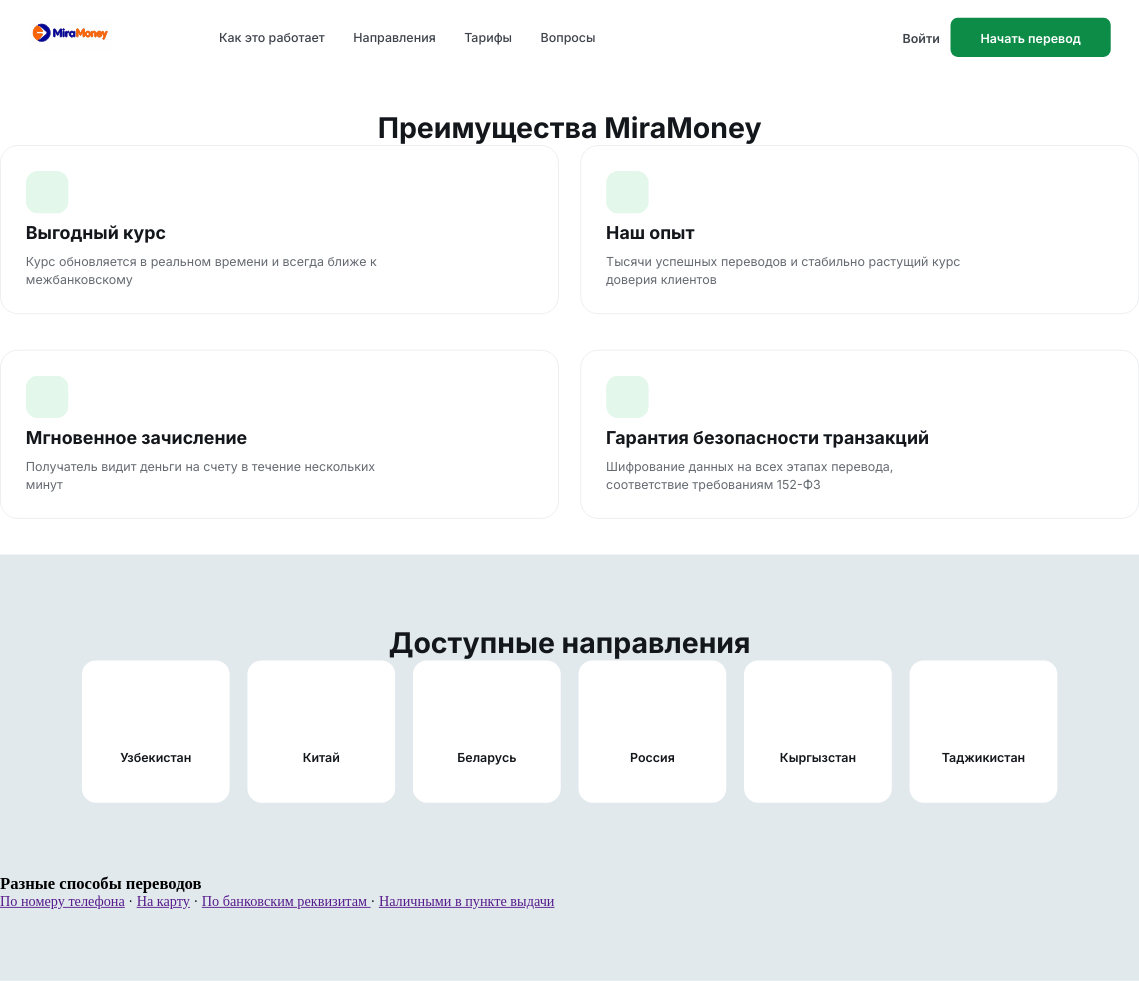
Repository: Shaiyr1/mira-money
Page: index.html
The author's editor kept a copy of each file at every save. The page is drawn from the files as they stood at one save, then again after the next save.
The browser window is 1280 px wide. The pictures show the whole page, at 89% of full size.

Above is the page before, as saved 2026-10-20 16:55:59.

### index.html
<!DOCTYPE html>
<html lang="en">
<head>
    <meta charset="UTF-8">
    <meta http-equiv="X-UA-Compatible" content="IE=edge">
    <meta name="viewport" content="width=device-width, initial-scale=1.0">
    <link rel="stylesheet" href="/src/css/style.css">
    <title>Document</title>
</head>
<body>
    <header class="header">
        <nav class="header-nav">
            <a class="header-nav__link" href="">
                <img class="header-nav__link-logo" src="./src/img/logo.svg" alt="logo">
            </a>
            <ul class="header-nav__ul">
                <li class="header-nav__li">
                    <a class="header-nav__li-link" href="">Как это работает</a>
                </li>
                <li class="header-nav__li">
                    <a class="header-nav__li-link" href="">Направления</a>
                </li>
                <li class="header-nav__li">
                    <a class="header-nav__li-link" href="">Тарифы</a>
                </li>
                <li class="header-nav__li">
                    <a class="header-nav__li-link" href="">Вопросы</a>
                </li>
            </ul>
            <div class="header-nav__sign">
                <a class="header-nav__sign-link" href="">Войти</a>
                <button class="header-nav__sign-btn">Начать перевод</button>
            </div>
        </nav>
    </header>
    <main class="main">
        <section class="home">
            <div class="container">

            </div>
        </section>
        <section class="advantages">
            <div class="container">
                <h2 class="advantages__title">
                    Преимущества MiraMoney
                </h2>
                <div class="advantages-blocks">
                    <div class="advantages-block">
                        <img class="advantages-block__icon" src="./src/img/icon.svg" alt="icon">
                        <h5 class="advantages-block__title">Выгодный курс</h5>
                        <p class="advantages-block__subtitle">Курс обновляется в реальном времени и всегда ближе к межбанковскому</p>
                    </div>
                    <div class="advantages-block">
                        <img class="advantages-block__icon" src="./src/img/icon.svg" alt="icon">
                        <h5 class="advantages-block__title">Наш опыт</h5>
                        <p class="advantages-block__subtitle">Тысячи успешных переводов и стабильно растущий курс доверия клиентов</p>
                    </div>
                </div>
                <div class="advantages-blocks">
                    <div class="advantages-block">
                        <img class="advantages-block__icon" src="./src/img/icon.svg" alt="icon">
                        <h5 class="advantages-block__title">Мгновенное зачисление</h5>
                        <p class="advantages-block__subtitle">Получатель видит деньги на счету в течение нескольких минут</p>
                    </div>
                    <div class="advantages-block">
                        <img class="advantages-block__icon" src="./src/img/icon.svg" alt="icon">
                        <h5 class="advantages-block__title">Гарантия безопасности транзакций</h5>
                        <p class="advantages-block__subtitle">Шифрование данных на всех этапах перевода, соответствие требованиям 152-ФЗ</p>
                    </div>
                </div>
            </div>
        </section>
        <section class="description">
            <div class="container">
                <h2 class="description__title">Доступные направления</h2>
                <div class="description-items">
                    <div class="description-item">
                        <p class="description-item__country">Узбекистан</p>
                    </div>
                    <div class="description-item">
                        <p class="description-item__country">Китай</p>
                    </div>
                    <div class="description-item">
                        <p class="description-item__country">Беларусь</p>
                    </div>
                    <div class="description-item">
                        <p class="description-item__country">Россия</p>
                    </div>
                    <div class="description-item">
                        <p class="description-item__country">Кыргызстан</p>
                    </div>
                    <div class="description-item">
                        <p class="description-item__country">Таджикистан</p>
                    </div>
                </div>
                <div class="description__ways">
                    <h3 class="description__ways-title">Разные способы переводов</h3>
                    <p class="description__ways-subtitle"><a href=""> По номеру телефона</a>  ·  <a href="">На карту</a>  ·  <a href="">По банковским реквизитам </a>  ·  <a href="">Наличными в пункте выдачи</a> </p>
                </div>
            </div>
        </section>
    </main>
</body>
</html>

### src/css/style.css
@import url('https://fonts.googleapis.com/css2?family=Inter:ital,opsz,wght@0,14..32,100..900;1,14..32,100..900&display=swap');

* {
    margin: 0;
    padding: 0;
    box-sizing: border-box;
}

.container {
    width: 1280px;
    margin: 0 auto;
}

.header {}

.header-nav {
    width: 95%;
    height: 84px;
    margin: 0 auto;
    display: flex;
    align-items: center;
}

.header-nav__link {}

.header-nav__link-logo {}

.header-nav__ul {
    margin-left: 120px;
    display: flex;
    align-items: center;
    gap: 32px;
}

.header-nav__li {
    list-style-type: none;
}

.header-nav__li-link {
    text-decoration: none;
    color: #3f444c;
    font-size: 14px;
    font-family: Inter;
    font-weight: 500;
    transition: 0.4s;
}

.header-nav__li-link:hover {
    color: #0c8c47;
    transition: 0.4s;
    font-size: 14.5px;
}

.header-nav__sign {
    margin-left: auto;
    display: flex;
    align-items: center;
    gap: 12px;
}

.header-nav__sign-link {
    text-decoration: none;
    color: #3f454c;
    font-size: 14px;
    font-family: Inter;
    font-weight: 600;
    transition: 0.4s;
}

.header-nav__sign-link:hover {
    color: #0c8c47;
    transition: 0.4s;
    font-size: 14.5px;

}

.header-nav__sign-btn {
    background-color: #0c8c47;
    width: 180px;
    height: 44px;
    border-radius: 8px;
    color: #ffffff;
    font-size: 14px;
    font-family: Inter;
    font-weight: 600;
    border: none;
    cursor: pointer;
    transition: 0.4s;
}

.header-nav__sign-btn:hover {
    background-color: rgb(0, 96, 0);
    transition: 0.4s;
}



.advantages {
    padding-top: 40px;
}

.advantages__title {
    color: #13171b;
    text-align: center;
    font-size: 32px;
    font-family: Inter;
    font-weight: 700;
}

.advantages-blocks {
    width: 100%;
    display: flex;
    align-items: center;
    gap: 24px;
    margin-bottom: 40px;
}

.advantages-block {
    width: 50%;
    border: 1px solid #eaedef;
    border-radius: 20px;
    padding: 28px;
    display: flex;
    flex-direction: column;
    align-items: flex-start;
    gap: 10px;
}

.advantages-block__icon {}

.advantages-block__title {
    color: #13171b;
    font-size: 20px;
    font-family: Inter;
    font-weight: 700;

}

.advantages-block__subtitle {
    width: 400px;
    color: #666b72;
    text-align: left;
    font-size: 14px;
    font-family: Inter;
    line-height: 20px;
}




.description {
    padding: 80px 0;
    background-color: rgb(226, 233, 237);
}

.description__title {
    color: #13171b;
    text-align: center;
    font-size: 32px;
    font-family: Inter;
    font-weight: 700;
}

.description-items {
    padding-bottom: 80px;
    display: flex;
    justify-content: center;
    align-items: center;
    gap: 20px;
}

.description-item {
    background-color: #ffffff;
    width: 166px;
    height: 160px;
    border-radius: 16px;
}

.description-item__country {
    margin-top: 100px;
    color: #13171b;
    text-align: center;
    vertical-align: text-top;
    font-size: 14px;
    font-family: Inter;
    font-weight: 600;
}

.description__ways {}

.description__ways-title {}

.description__ways-subtitle {}

After the next save:
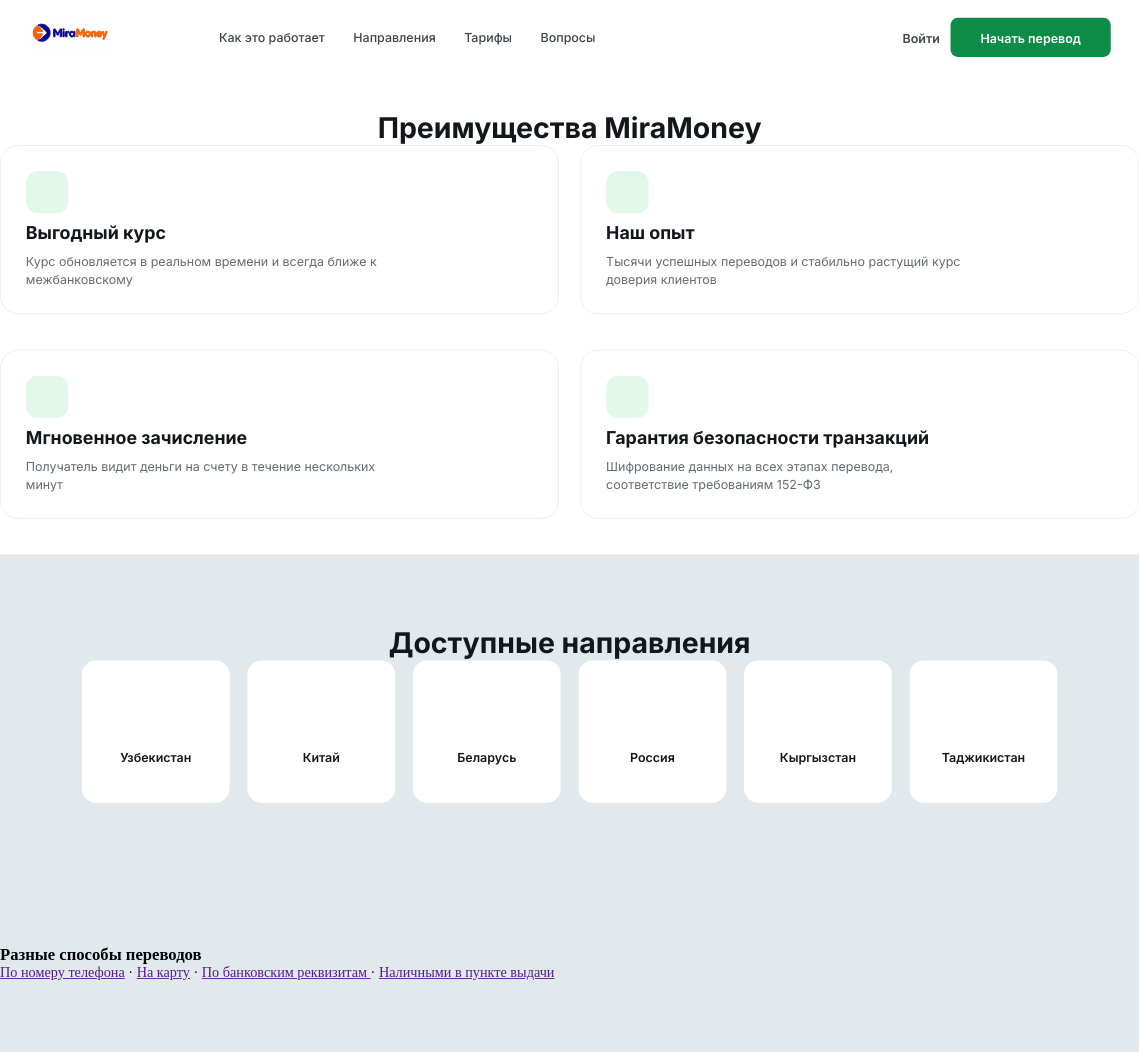
Saved 13 s later.
--- a/src/css/style.css
+++ b/src/css/style.css
@@ -186,7 +186,9 @@
     font-weight: 600;
 }
 
-.description__ways {}
+.description__ways {
+    margin-top: 80px;
+}
 
 .description__ways-title {}
 
